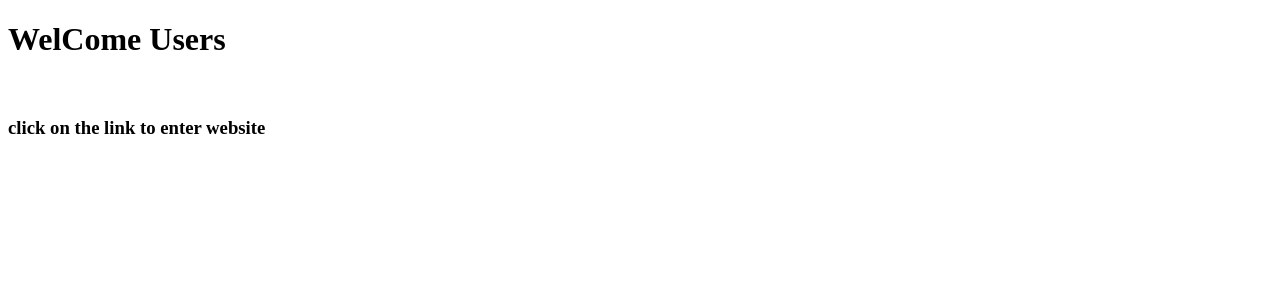
Repository: meet542/AdvanceJava
Page: http://localhost/Web-Project/
These files come from the project's save history. The page is drawn as it stood at one moment and after the next save; the edit follows.
The browser window is 1280 px wide. The pictures show the whole page.
The page is served by Tomcat 9.

Above is the page before, as saved 2026-08-21 12:44:15.

After the next save:
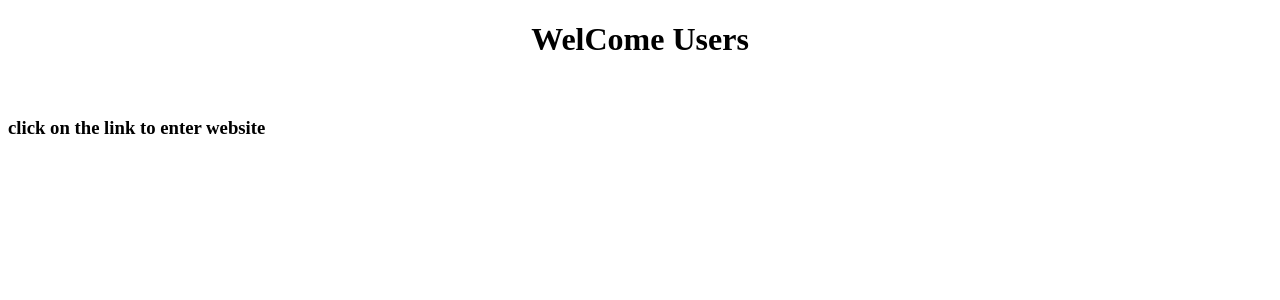
Saved 63 s later.
--- a/jspServlet-Workspace/Web-Project/src/main/webapp/index.jsp
+++ b/jspServlet-Workspace/Web-Project/src/main/webapp/index.jsp
@@ -7,7 +7,7 @@
 <title>Insert title here</title>
 </head>
 <body>
-	<h1 align = "centre">WelCome Users</h1>
+	<h1 align = "center">WelCome Users</h1>
 	<br>
 	<h3><a href = "WelcomeCtl"></a>click on the link to enter website</h3>
 </body>
